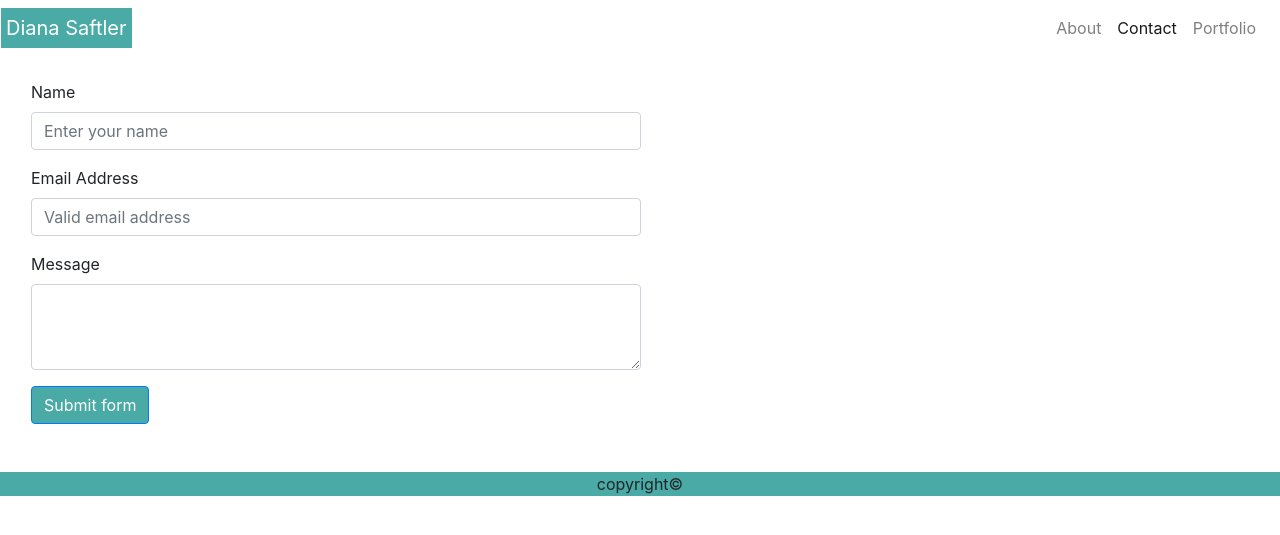
Repository: dsaftler/Bootstrap-Portfolio
Page: contact.html
These files come from the project's save history. The page is drawn as it stood at one moment and after the next save; the edit follows.
The browser window is 1280 px wide. The pictures show the whole page.

Above is the page before, as saved 2019-03-21 01:11:49.

After the next save:
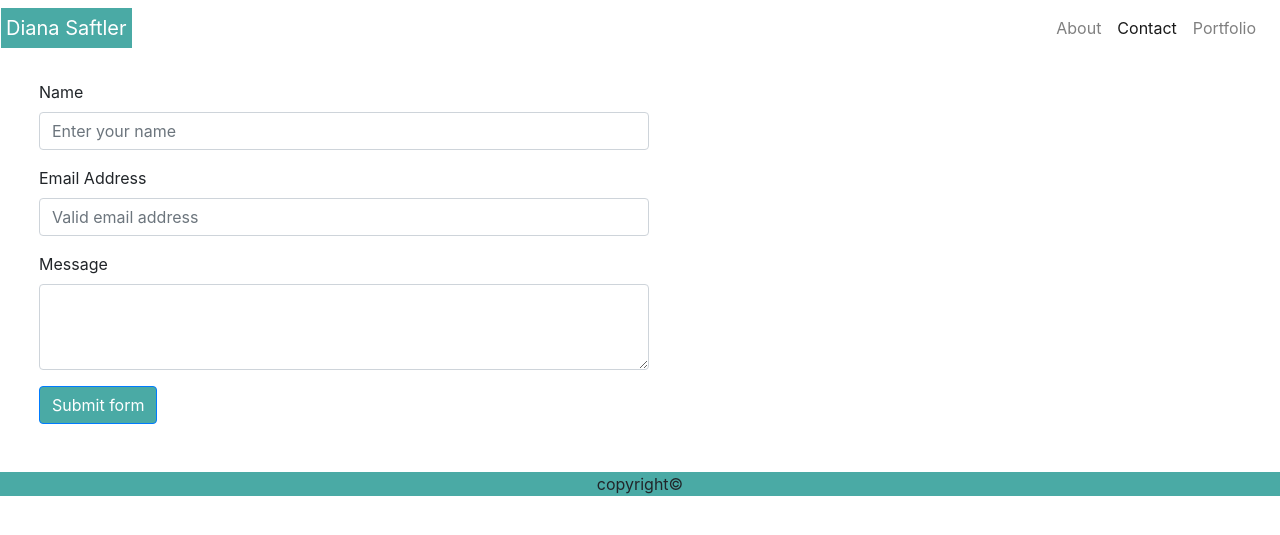
Saved 38 s later.
--- a/contact.html
+++ b/contact.html
@@ -29,7 +29,7 @@
           </ul>
         </div>
       </nav>
-      <div class="container col-sm-6 ml-3">
+      <div class="container col-sm-6 ml-4">
           <form>
               <div class="form-group">
                 <br>
